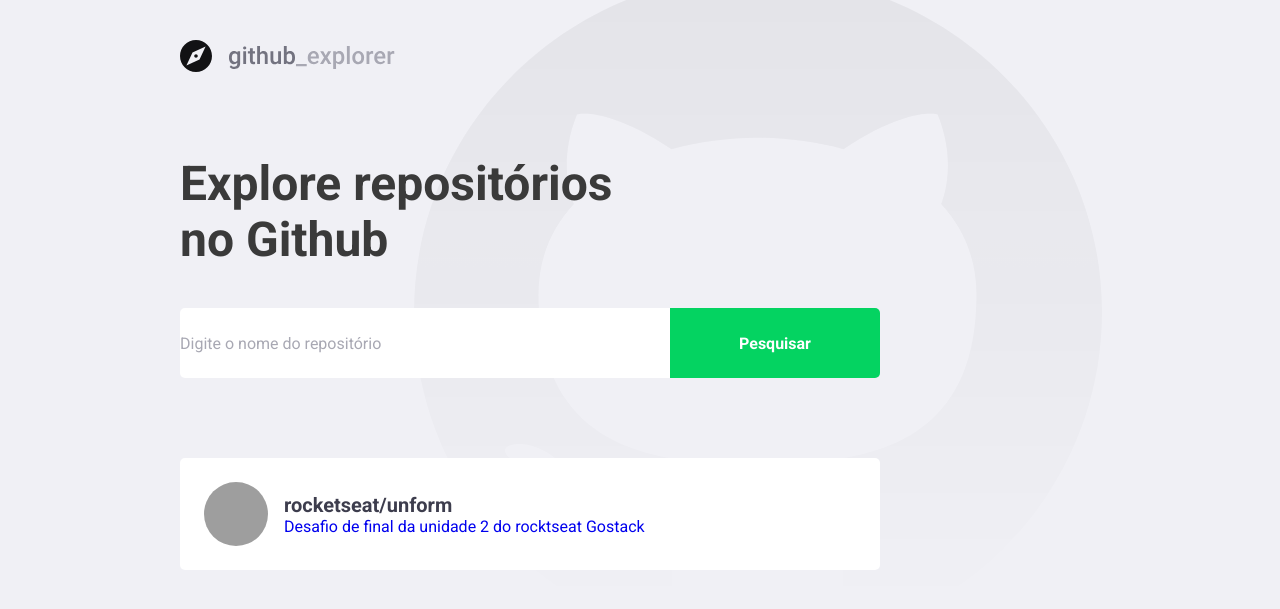
Repository: ramonmjr/projeto-repositorios-git-react
Page: /
The author's editor kept a copy of each file at every save. The page is drawn from the files as they stood at one save, then again after the next save.
The browser window is 1280 px wide. The pictures show the whole page.
Pictures or frames that could not be fetched are drawn as grey boxes. The project was rebuilt for these pictures with package versions that can differ from the ones it lists, and the page was loaded fresh each time. A package was used in the major version that the imports need, not the one package.json lists. Also part of the build but not shown: src/pages/Repository/index.tsx.

Above is the page before, as saved 2020-10-21 17:50:47.

### public/index.html
<!DOCTYPE html>
<html lang="en">

<head>
  <meta charset="utf-8" />
  <link rel="icon" href="%PUBLIC_URL%/favicon.ico" />
  <meta name="viewport" content="width=device-width, initial-scale=1" />
  <meta name="theme-color" content="#3A3A3A" />

  <title>Github Explorer</title>
  <link href="https://fonts.googleapis.com/css2?family=Roboto:wght@400;700&display=swap" rel="stylesheet">
</head>

<body>
  <noscript>You need to enable JavaScript to run this app.</noscript>
  <div id="root"></div>
</body>

</html>

### src/App.tsx
import React from 'react';
import { BrowserRouter } from 'react-router-dom';
import GlobalStyle from './styles/global';

import Routes from './routes';

const App: React.FC = () => (
  <>
    <BrowserRouter>
      <Routes />
    </BrowserRouter>
    <GlobalStyle />
  </>
);

export default App;

### src/styles/global.ts
import { createGlobalStyle } from 'styled-components';
import githubBackground from '../assets/github-background.svg';

export default createGlobalStyle`
* {
  margin: 0;
  padding: 0;
  outline: 0;
  box-sizing: border-box;
}
body {
  background: #f0f0f5 url(${githubBackground}) no-repeat 70% top;
  -webkit-font-smoothing: antialiased;
}

body, input, button {
  font: 16px Roboto, sans-serif;
}

#root {
  max-width: 960px;
  margin: 0 auto;
  padding: 40px 20px;
}

button {
  cursor: pointer;
}
`;

### src/pages/Dashboard/index.tsx
import React from 'react';
import { Title, Form, Repositories } from './styles';
import logoImg from '../../assets/logo.svg';

const Dashboard: React.FC = () => (
  <>
    <img src={logoImg} alt="Github Explorer" />
    <Title>Explore repositórios no Github</Title>
    <Form>
      <input placeholder="Digite o nome do repositório" />
      <button type="submit">Pesquisar</button>
    </Form>
    <Repositories>
      <a href="teste">
        <img
          src="https://avatars1.githubusercontent.com/u/12487554?s=400&v=4"
          alt="Ramon Marques"
        />
        <div>
          <strong>rocketseat/unform</strong>
          <p>Desafio de final da unidade 2 do rocktseat Gostack</p>
        </div>
      </a>
    </Repositories>
  </>
);

export default Dashboard;

### src/pages/Dashboard/styles.ts
import styled from 'styled-components';
import { shade } from 'polished';

export const Title = styled.h1`
  font-size: 48px;
  max-width: 450px;
  color: #3a3a3a;
  margin-top: 80px;
  line-height: 56px;
`;

export const Form = styled.form`
  margin-top: 40px;
  max-width: 700px;
  display: flex;

  input {
    flex: 1;
    height: 70px;
    padding: 0 24;
    border: 0;
    border-radius: 5px 0 0 5px;
    color: #3a3a3a;

    &::placeholder {
      color: #a8a8b3;
    }
  }

  button {
    width: 210px;
    background: #04d361;
    border-radius: 0px 5px 5px 0px;
    border: 0;
    color: #fff;
    font-weight: bold;
    transition: background-color 0.2s;

    &:hover {
      background: ${shade(0.2, '#04d361')};
    }
  }
`;

export const Repositories = styled.div`
  margin-top: 80px;
  max-width: 700px;

  a {
    background: #fff;
    border-radius: 5px;
    width: 100%;
    padding: 24px;
    display: block;
    text-decoration: none;
    display: flex;
    align-items: center;
  }

  img {
    width: 64px;
    height: 64px;
    border-radius: 50%;
  }

  div {
    margin-left: 16px;

    strong {
      font-size: 20px;
      color: #3d3d4d;
    }
  }
`;

Loaded but not shown: src/index.tsx (common file); src/routes/index.tsx (common file)

After the next save:
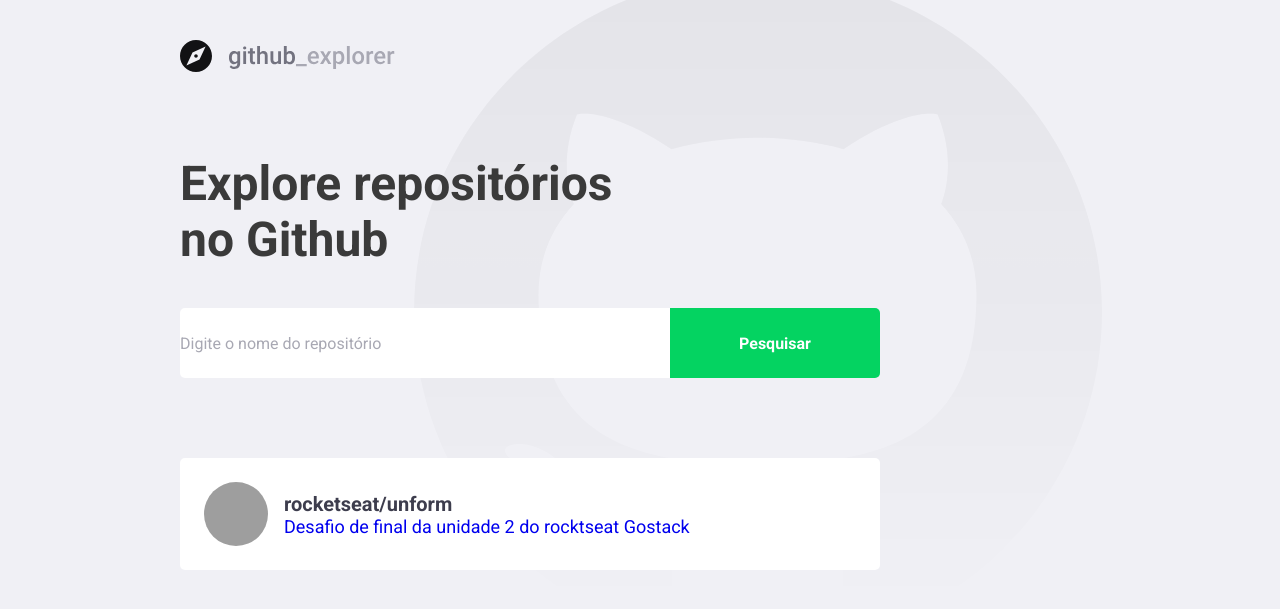
Saved 40 s later.
--- a/src/pages/Dashboard/styles.ts
+++ b/src/pages/Dashboard/styles.ts
@@ -70,5 +70,9 @@
       font-size: 20px;
       color: #3d3d4d;
     }
+
+    p {
+      font-size: 18px;
+    }
   }
 `;
